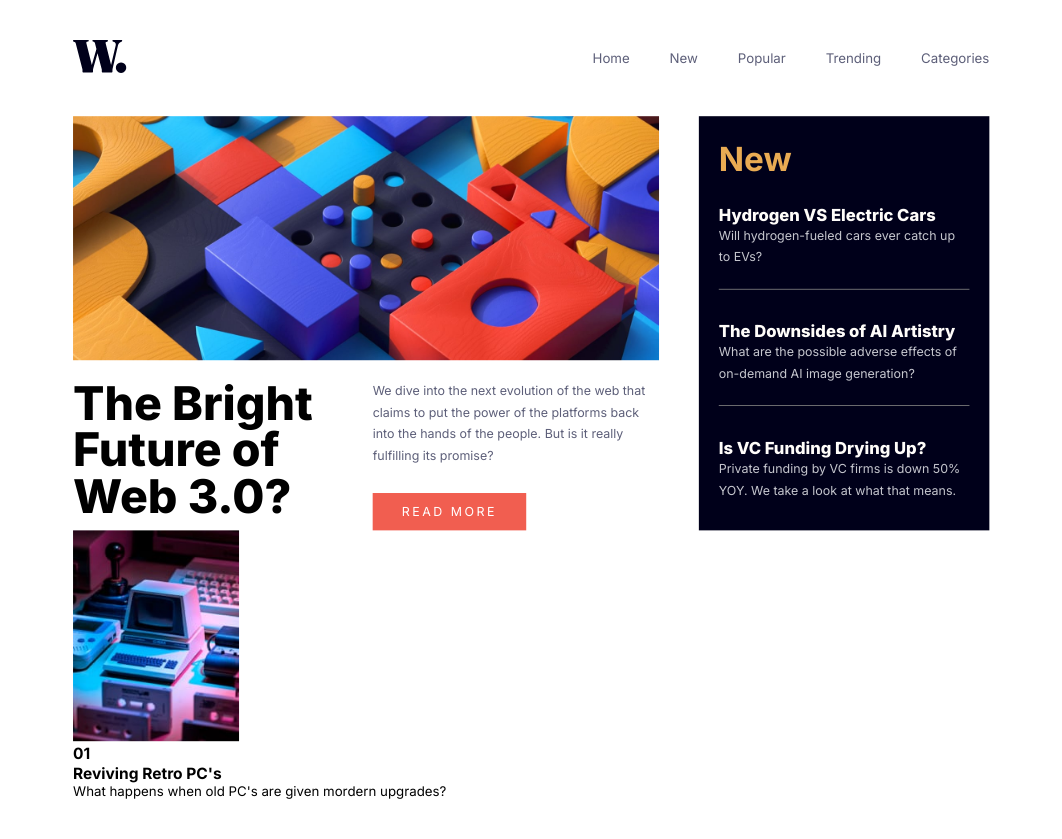
Repository: DevAntonioRogers/FrontendMentor-News-Homepage
Page: index.html
An editor plug-in stored every save of this project. The page is shown before and after the next save, followed by the edit.
The browser window is 1280 px wide. The pictures show the whole page, at 83% of full size.

Above is the page before, as saved 2023-04-22 15:37:09.

After the next save:
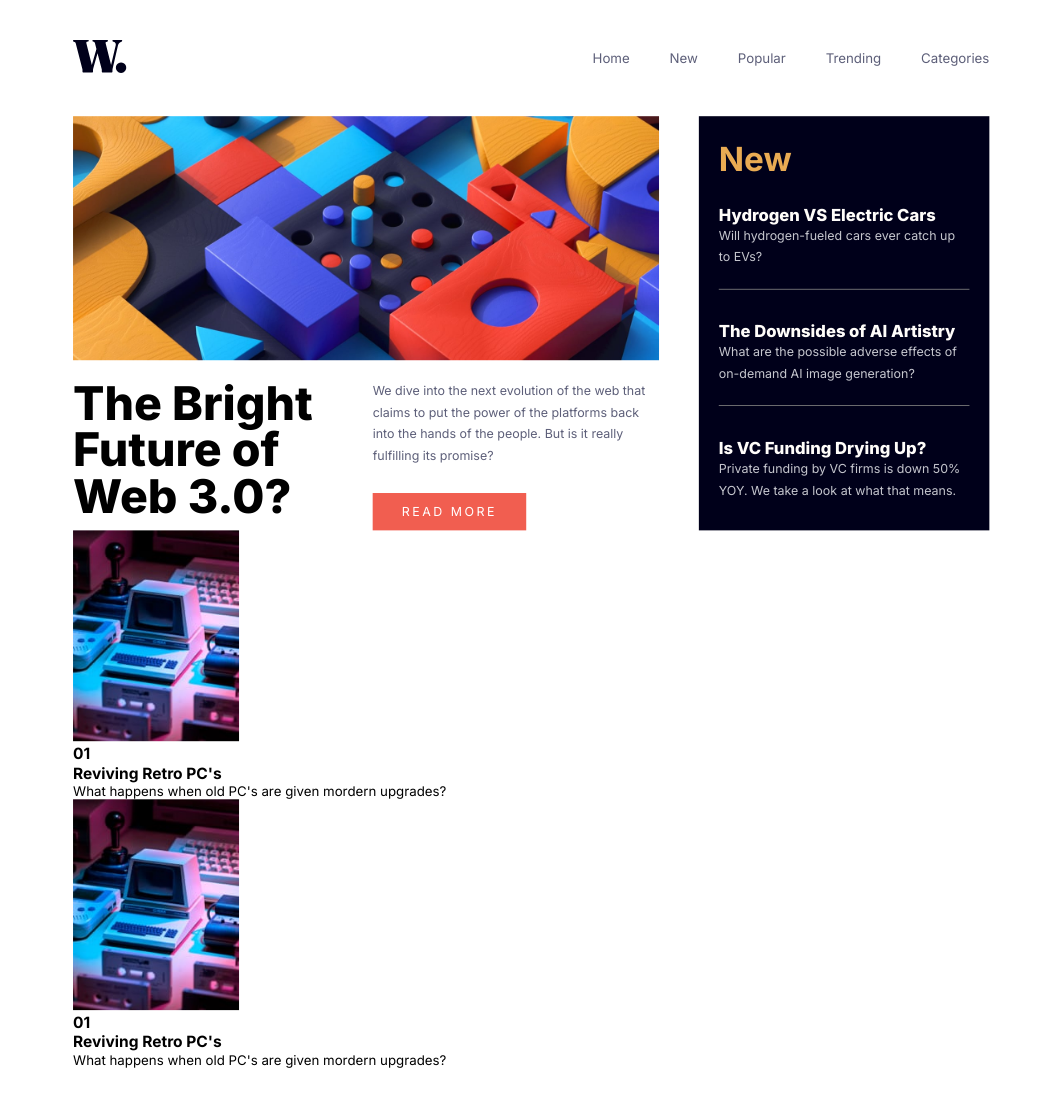
Saved 21 s later.
--- a/index.html
+++ b/index.html
@@ -77,6 +77,17 @@
           <p>What happens when old PC's are given mordern upgrades?</p>
         </div>
       </article>
+
+      <article>
+        <div class="article-image">
+          <img src="/assets/image-retro-pcs.jpg" alt="" />
+        </div>
+        <div class="article-info">
+          <h1>01</h1>
+          <h3>Reviving Retro PC's</h3>
+          <p>What happens when old PC's are given mordern upgrades?</p>
+        </div>
+      </article>
     </section>
   </body>
 </html>
